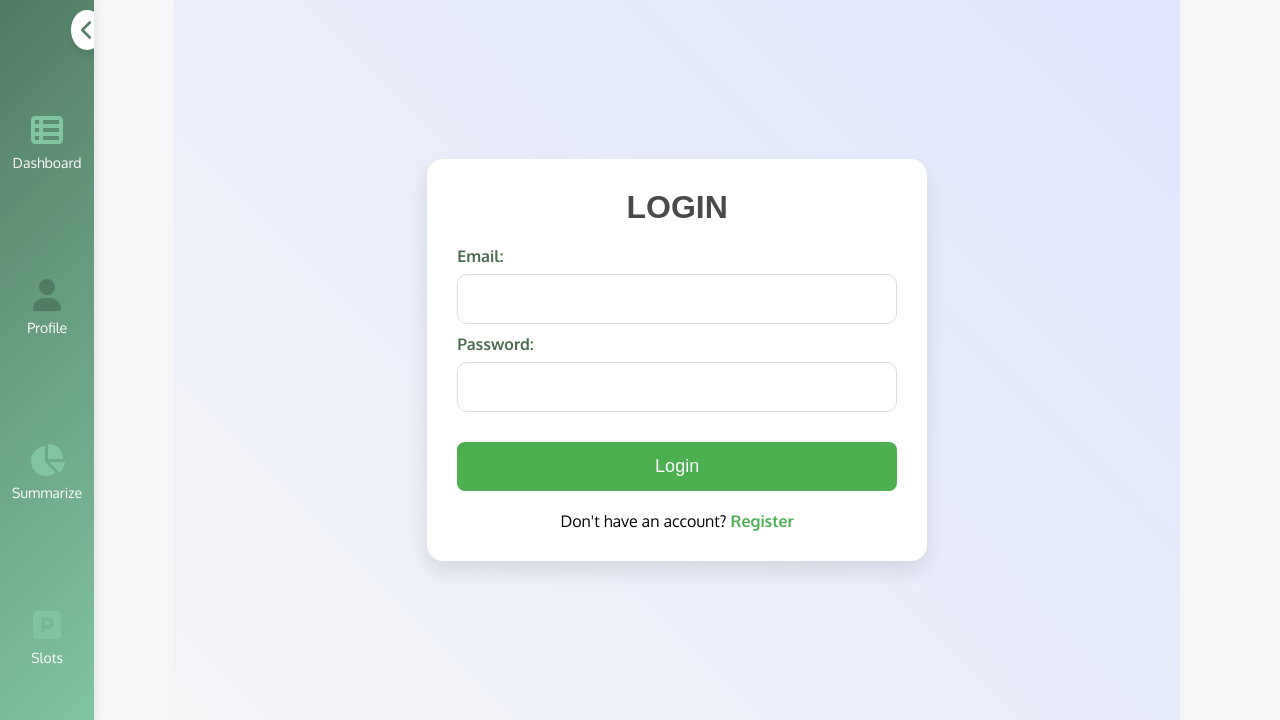
Repository: minhnhat2803/Thesis-Web-Mobile
Page: /profile (app in client/)
An editor plug-in stored every save of this project. The page is shown before and after the next save, followed by the edit.
The browser window is 1280 px wide. The pictures show the whole page.
The project was rebuilt for these pictures with package versions that can differ from the ones it lists, and the page was loaded fresh each time. Also part of the build but not shown: client/vite.config.js, client/src/styles/Header.module.css, client/src/components/Header.jsx, client/src/styles/pages/Dashboard.module.css, client/src/actions/index.js, client/src/components/Dashboard.jsx, client/src/styles/Table.module.css, client/src/components/Table.jsx and 4 more.

Above is the page before, as saved 2024-12-29 17:43:24.

After the next save:
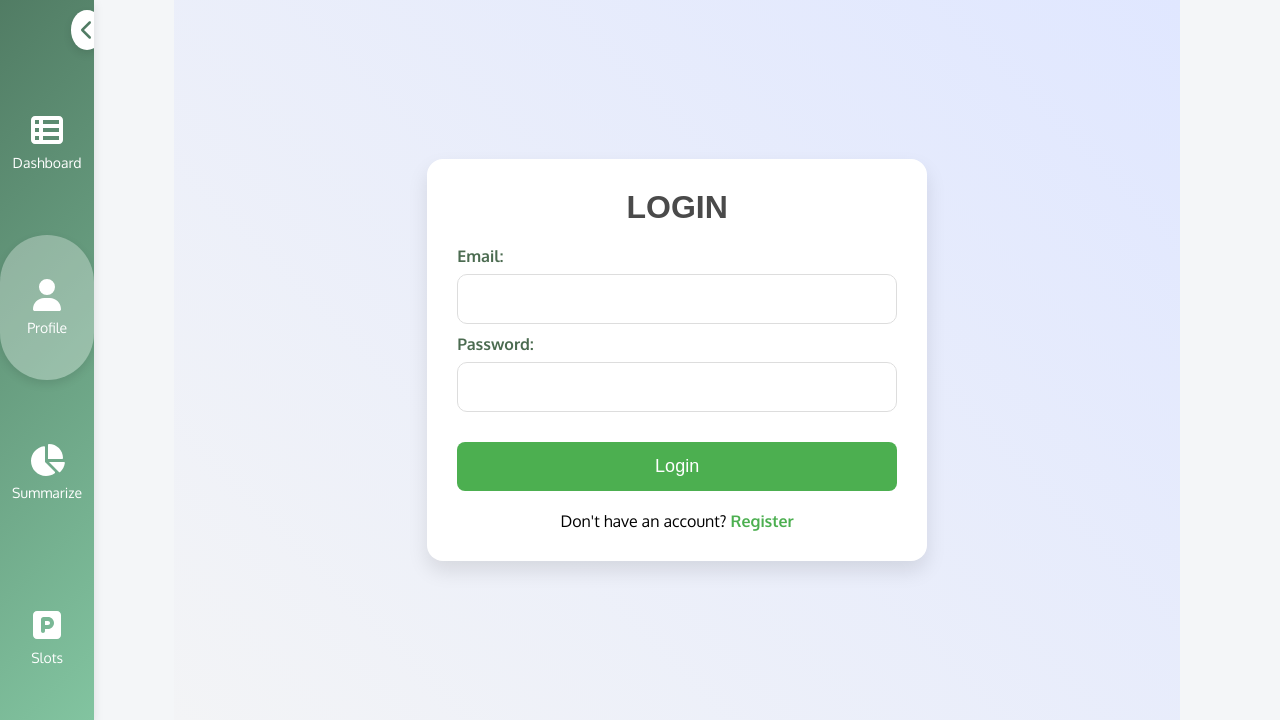
Saved 31 s later.
--- a/client/src/components/TabBar.jsx
+++ b/client/src/components/TabBar.jsx
@@ -11,6 +11,7 @@ import {
   faChevronLeft,
   faChevronRight,
 } from "@fortawesome/free-solid-svg-icons";
+import { motion } from "framer-motion";
 
 const cx = classNames.bind(styles);
 
@@ -65,28 +66,35 @@ function TabBar() {
 
   return (
     <div className={cx("tabBar-container", { collapsed: isCollapsed })}>
-      <div className={cx("toggle-container")} onClick={toggleTabBar}>
+      <motion.div
+        className={cx("toggle-container")}
+        onClick={toggleTabBar}
+        whileHover={{ scale: 1.2 }}
+        whileTap={{ scale: 0.9 }}
+      >
         <FontAwesomeIcon
           icon={isCollapsed ? faChevronRight : faChevronLeft}
           size="lg"
         />
-      </div>
+      </motion.div>
 
       <div className={cx("tabs")}>
         {tabs.map((tab, index) => (
-          <div
+          <motion.div
             key={index}
             onClick={() => handleTabClick(index, tab.path)}
-            className={cx("tabCell-container")}
-            style={
-              click === index
-                ? { color: "#517c64", height: `calc(100% / ${tabs.length})` }
-                : { color: "#82c4a0", height: `calc(100% / ${tabs.length})` }
-            }
+            className={cx("tabCell-container", { active: click === index })}
+            whileHover={{ scale: 1.1 }}
+            whileTap={{ scale: 0.9 }}
+            style={{
+              height: `calc(100% / ${tabs.length})`,
+            }}
           >
             <FontAwesomeIcon size="2x" icon={tab.icon} />
-            {!isCollapsed && <p className={cx("tabCell-title")}>{tab.title}</p>}
-          </div>
+            {!isCollapsed && (
+              <p className={cx("tabCell-title")}>{tab.title}</p>
+            )}
+          </motion.div>
         ))}
       </div>
     </div>
